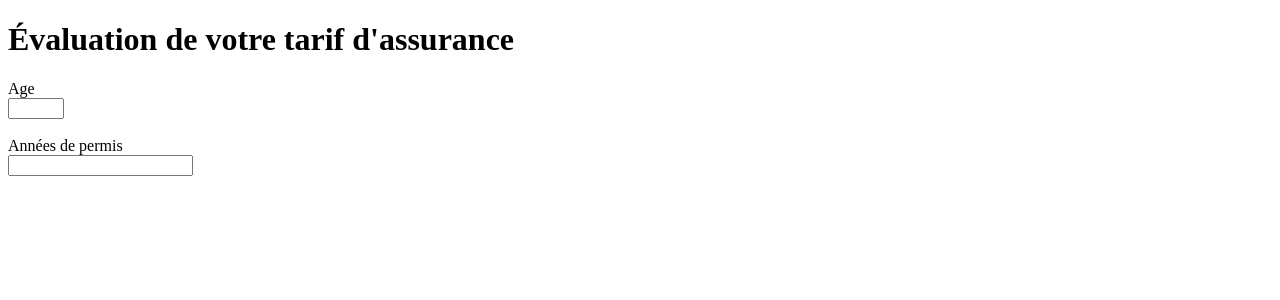
Repository: Coumba25040/coumbaProjet
Page: Site assurance/formulaire.html
The author's editor kept a copy of each file at every save. The page is drawn from the files as they stood at one save, then again after the next save.
The browser window is 1280 px wide. The pictures show the whole page.

Above is the page before, as saved 2024-10-15 12:10:26.

After the next save:
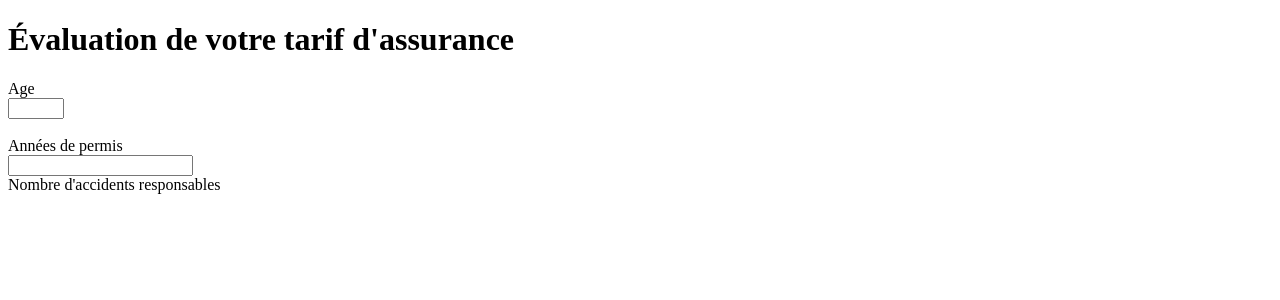
Saved 83 s later.
--- a/Site assurance/formulaire.html
+++ b/Site assurance/formulaire.html
@@ -14,7 +14,10 @@
 <br>
 
 <label>Années de permis</label><br>
-<input type="number" min="0">
+<input type="number" min="0"><br>
+
+<label>Nombre d'accidents responsables</label><br>
+
 
 </body>
 </html>
